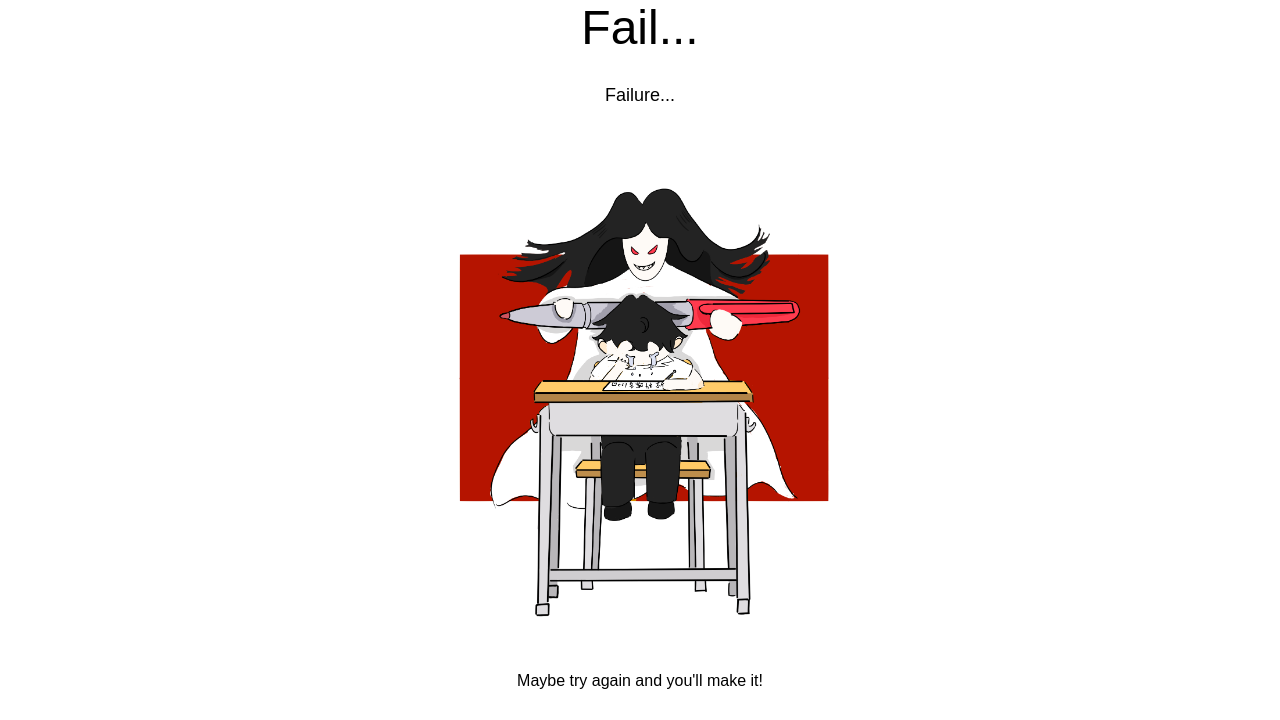
Repository: sean12-2007/Jailbreaker
Page: public/src/pages/endPage_failure.html
The author's editor kept a copy of each file at every save. The page is drawn from the files as they stood at one save, then again after the next save.
The browser window is 1280 px wide. The pictures show the whole page.

Above is the page before, as saved 2024-08-09 20:39:20.

### public/src/pages/endPage_failure.html
<!doctype html>
<html lang="en">
  <head>
    <meta charset="UTF-8" />
    <meta name="viewport" content="width=device-width, initial-scale=1.0" />
    <font size="50">  Fail...</font>
    <style>
      body {
        font-family: Arial, sans-serif;
        display: flex;
        flex-direction: column;
        align-items: center;
        justify-content: center;
        height: 100vh;
        margin: 0;
      }
      .box {
        padding: 20px;
        margin: 10px;
        width: 80%;
        text-align: center;
        justify-content: center;
        display: flex;
        flex-direction: column;
      }
      .large-box {
        flex-grow: 1;
        background-size: contain;
        background-repeat: no-repeat;
        background-position: center;
      }
      .failure-box {
        background-image: url('/images/boyFail.png');
      }
      .failure-box {
        padding: 20px;
        margin: 10px;
        width: 80%;
        text-align: center;
        justify-content: center;
        display: flex;
        flex-direction: column;
      }
    </style>
  </head>
  <body>
    <div class="box"><font size="4"> Failure...</font></div>
    <div class="box large-box failure-box"></div>
    <div class="box failure-box">Maybe try again and you'll make it!</div>
  </body>
</html>

After the next save:
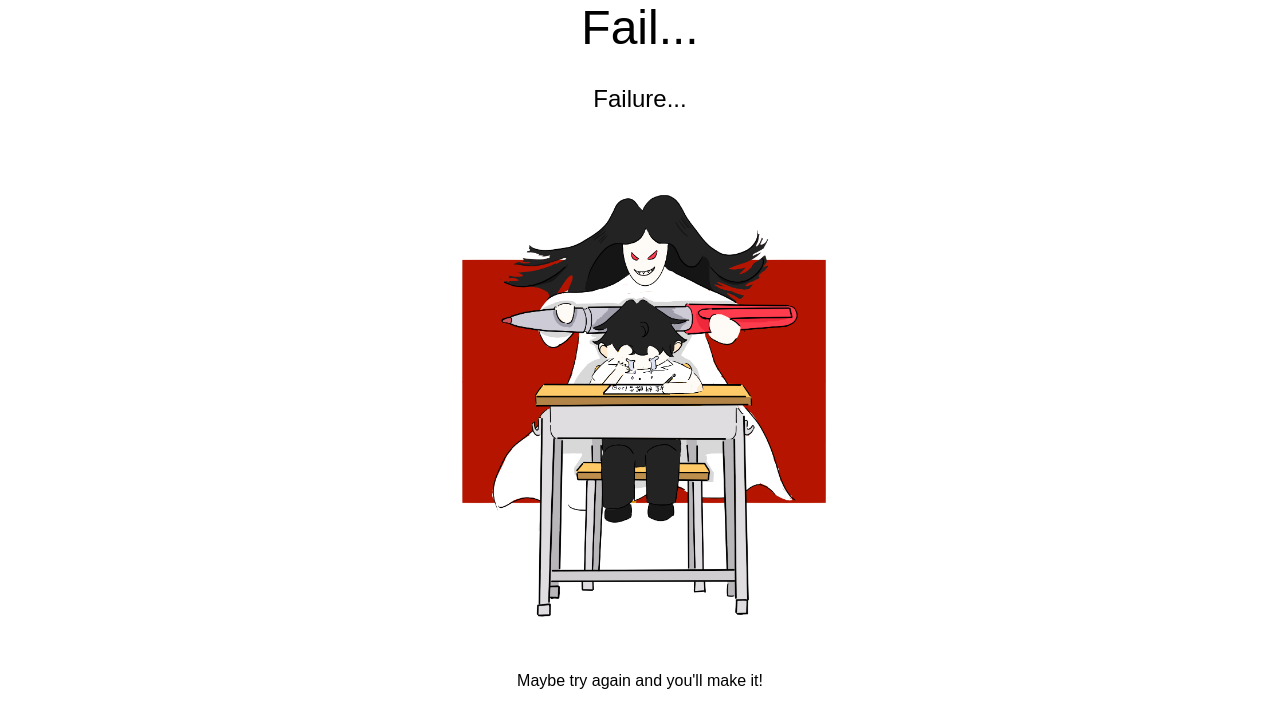
Saved 8 s later.
--- a/public/src/pages/endPage_failure.html
+++ b/public/src/pages/endPage_failure.html
@@ -44,7 +44,7 @@
     </style>
   </head>
   <body>
-    <div class="box"><font size="4"> Failure...</font></div>
+    <div class="box"><font size="5"> Failure...</font></div>
     <div class="box large-box failure-box"></div>
     <div class="box failure-box">Maybe try again and you'll make it!</div>
   </body>
